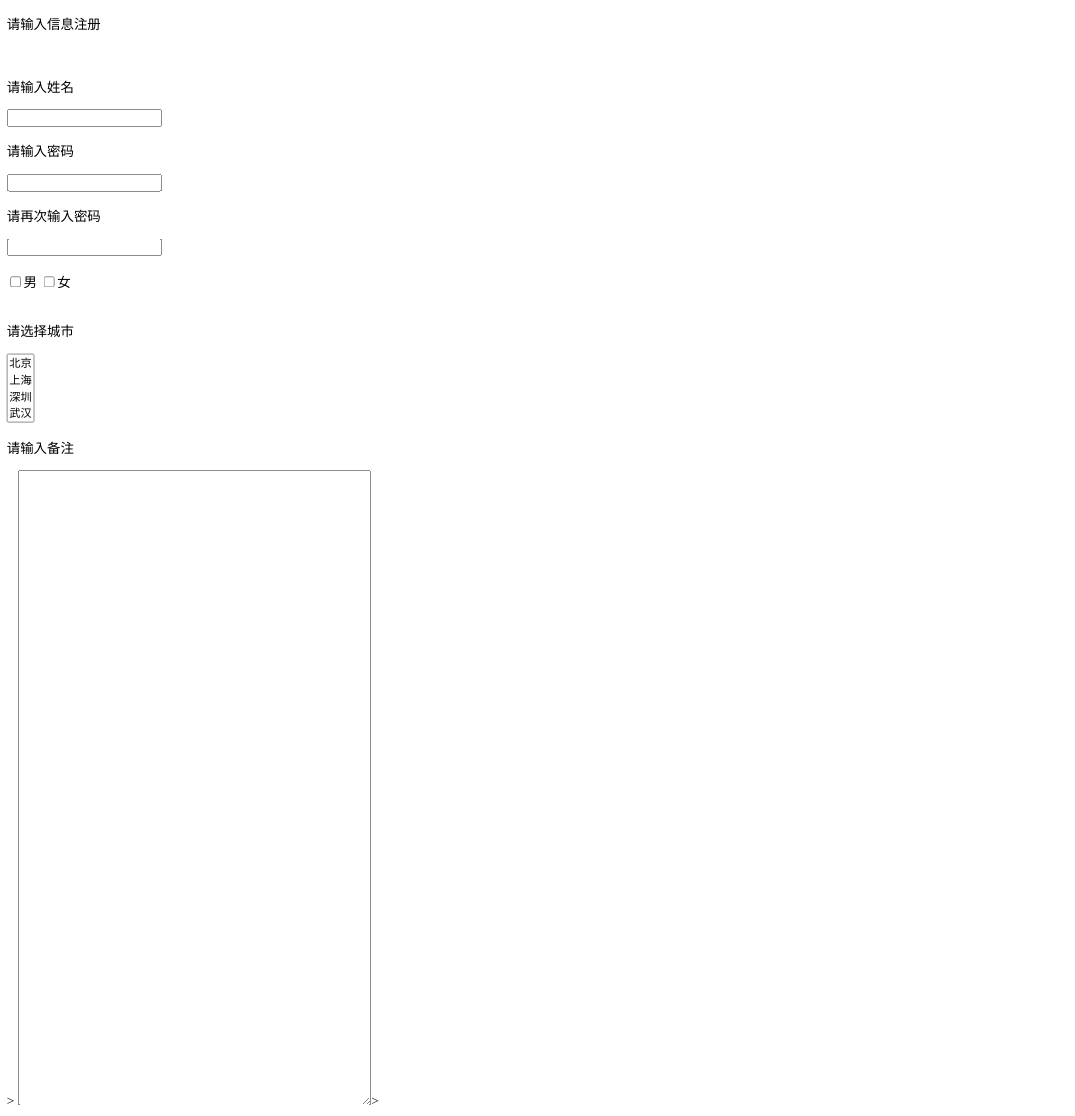
Repository: xienezheng/javaPractice
Page: javaweb/try2/WebContent/reg.html
An editor plug-in stored every save of this project. The page is shown before and after the next save, followed by the edit.
The browser window is 1280 px wide. The pictures show the whole page, at 84% of full size.

Above is the page before, as saved 2017-04-23 08:58:11.

### javaweb/try2/WebContent/reg.html
<!DOCTYPE html>
<html>
<head>
<meta charset="UTF-8">
<title>Insert title here</title>
</head>
<style>
p
{
position:absoulute;
top:50px;
left:200px;

}
</style>
<body>

<p>请输入信息注册</p><br>
<p>请输入姓名</p>
<form action="reg.jsp"method="post">
<input type="text"name="name">
<p>请输入密码</p>
<input type="password"name="password1">
<p>请再次输入密码</p>
<input type="password"name="password2">
<br>
<br>
<input type="checkbox"name="sex"value="man">男
<input type="checkbox"name="sex"value="woman">女
<br>
<br>
<p>请选择城市</p>
<select name="city"size="4.multipy">
<option>北京</option>
<option>上海</option>
<option>深圳</option>
<option>武汉</option>
</select>
<p>请输入备注</p>>
<textarea name="add"cols="50"rows="50">
</textarea>>
</form>
</body>
</html>

After the next save:
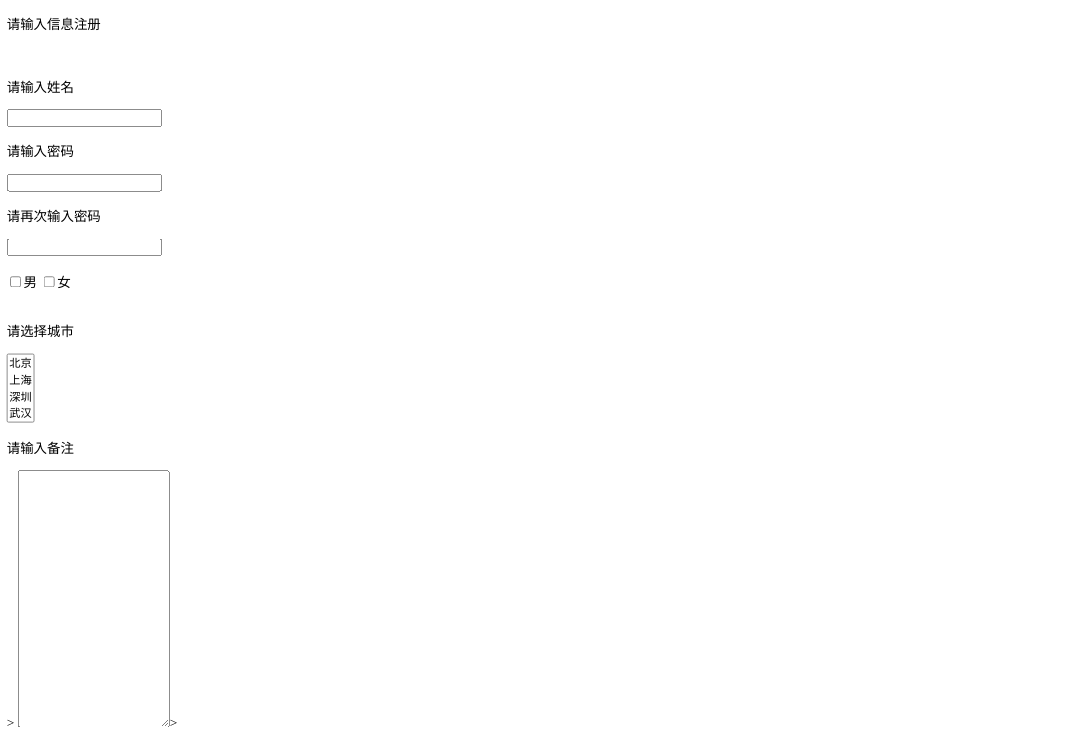
Saved 28 s later.
--- a/javaweb/try2/WebContent/reg.html
+++ b/javaweb/try2/WebContent/reg.html
@@ -37,7 +37,7 @@ left:200px;
 <option>武汉</option>
 </select>
 <p>请输入备注</p>>
-<textarea name="add"cols="50"rows="50">
+<textarea name="add"cols="20"rows="20">
 </textarea>>
 </form>
 </body>
